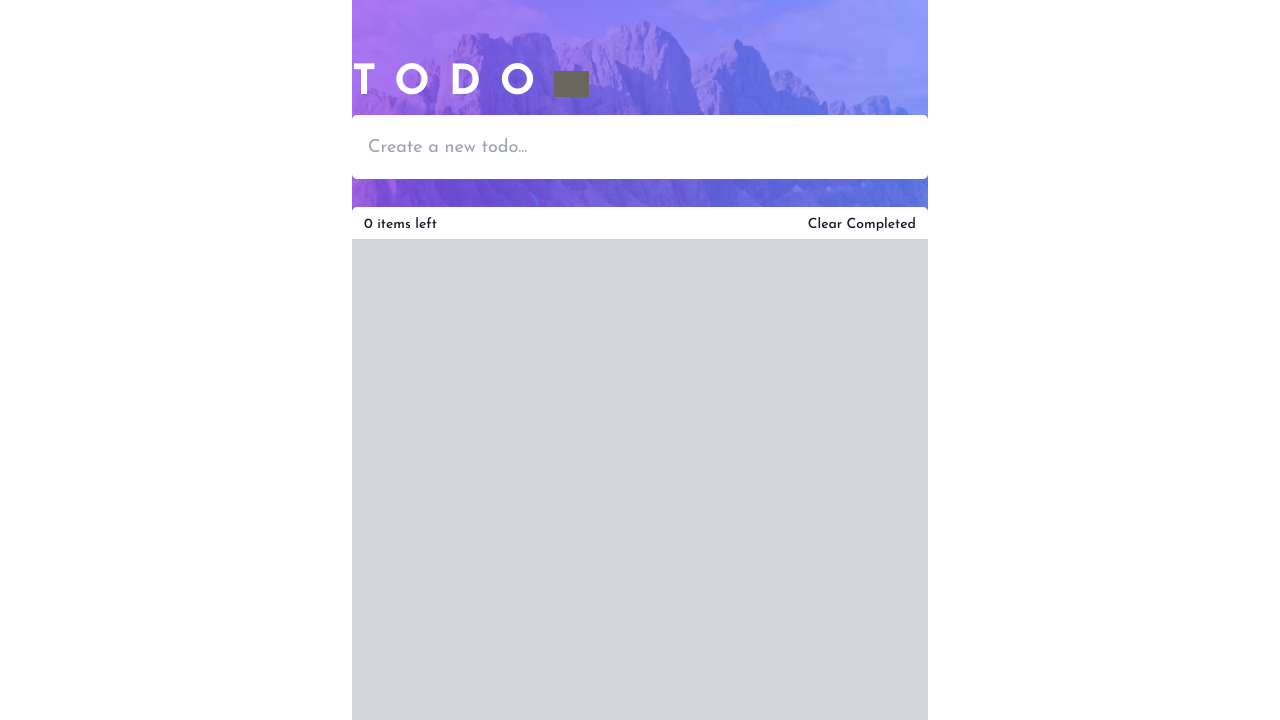
Repository: ikram-lisa/todo-list
Page: /
These files come from the project's save history. The page is drawn as it stood at one moment and after the next save; the edit follows.
The browser window is 1280 px wide. The pictures show the whole page.
Pictures or frames that could not be fetched are drawn as grey boxes. The project was rebuilt for these pictures with package versions that can differ from the ones it lists, and the page was loaded fresh each time. Also part of the build but not shown: vite.config.js.

Above is the page before, as saved 2024-05-14 22:59:40.

After the next save:
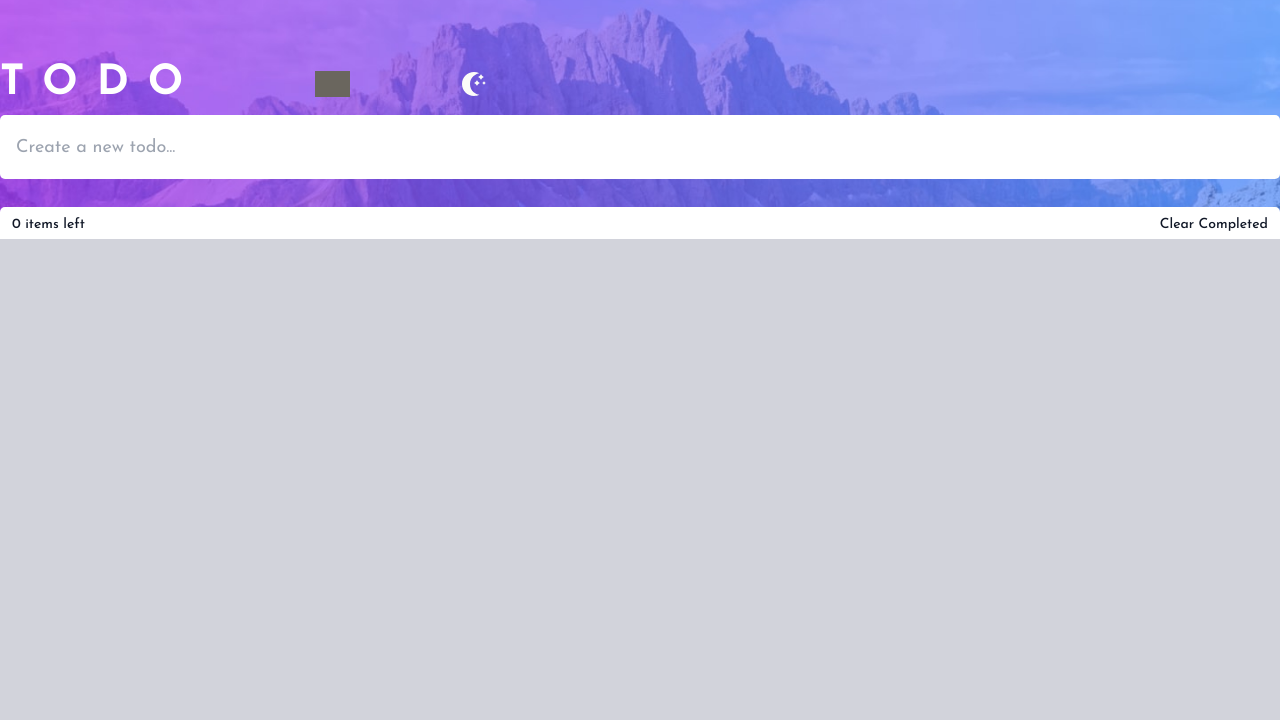
Saved 20 s later.
--- a/src/css/style.scss
+++ b/src/css/style.scss
@@ -12,8 +12,8 @@ body {
 }
 
 .container-todo {
-  width: 45%;
-  margin: 0 auto;
+  width: 100%;
+
   height: 100vh;
 }
 .bg-light-theme {
